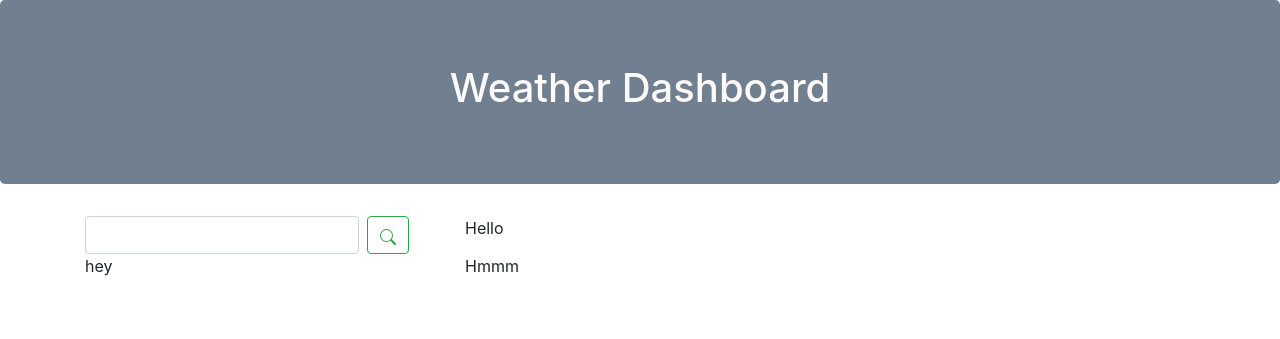
Repository: himaja830/Weather-Dashboard
Page: index.html
These files come from the project's save history. The page is drawn as it stood at one moment and after the next save; the edit follows.
The browser window is 1280 px wide. The pictures show the whole page.

Above is the page before, as saved 2020-06-27 10:59:46.

After the next save:
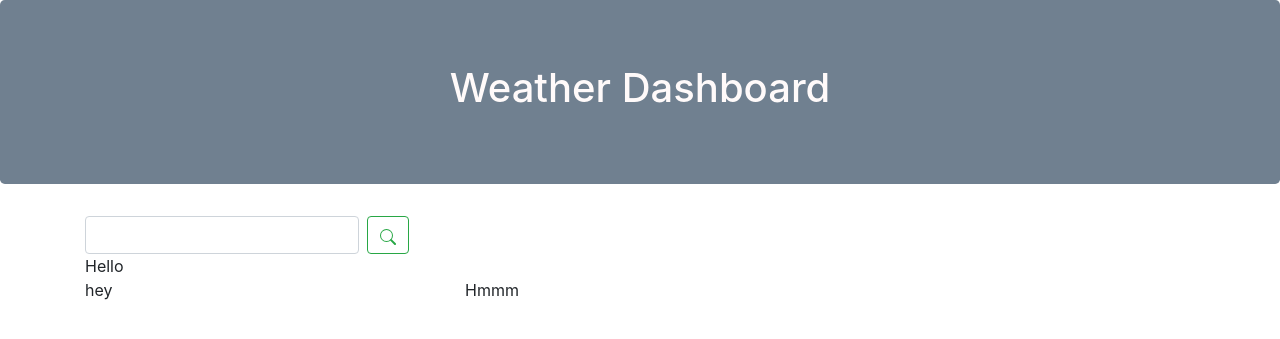
Saved 94 s later.
--- a/index.html
+++ b/index.html
@@ -13,7 +13,7 @@
     </div>
     <div class="container">
         <div class="row row-cols-4">
-            <div class="col-4">
+            <div class="col-5">
                 <form class="form-inline">
                 <input class="form-control mr-sm-2" type="search"  aria-label="Search">
                 <button class="btn btn-outline-success my-2 my-sm-0" type="submit">
@@ -24,7 +24,7 @@
                 </button>
               </form>
             </div>
-            <div class="col-6">Hello</div>
+            <div class="col-11">Hello</div>
             <div class="col-4">hey</div>
             <div class="col-6">Hmmm</div>
         </div>

After the save that followed:
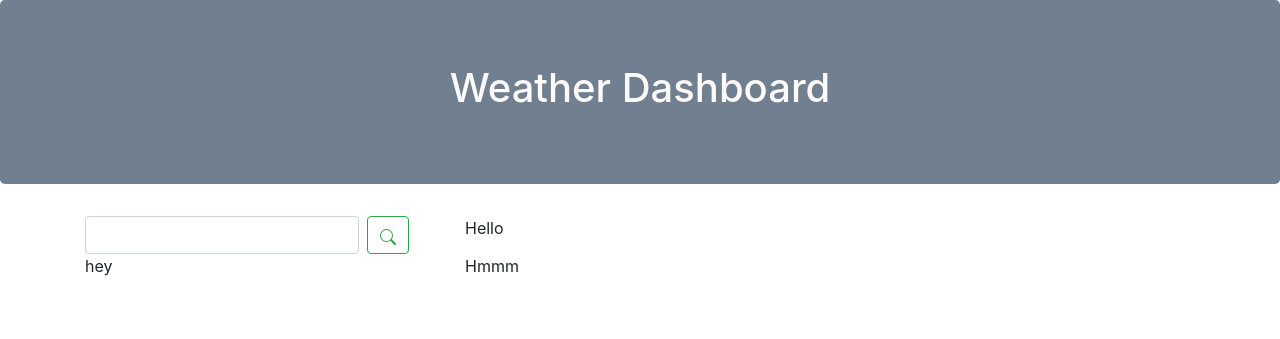
Saved 23 s later.
--- a/index.html
+++ b/index.html
@@ -13,7 +13,7 @@
     </div>
     <div class="container">
         <div class="row row-cols-4">
-            <div class="col-5">
+            <div class="col-4">
                 <form class="form-inline">
                 <input class="form-control mr-sm-2" type="search"  aria-label="Search">
                 <button class="btn btn-outline-success my-2 my-sm-0" type="submit">
@@ -24,7 +24,7 @@
                 </button>
               </form>
             </div>
-            <div class="col-11">Hello</div>
+            <div class="col-6">Hello</div>
             <div class="col-4">hey</div>
             <div class="col-6">Hmmm</div>
         </div>
